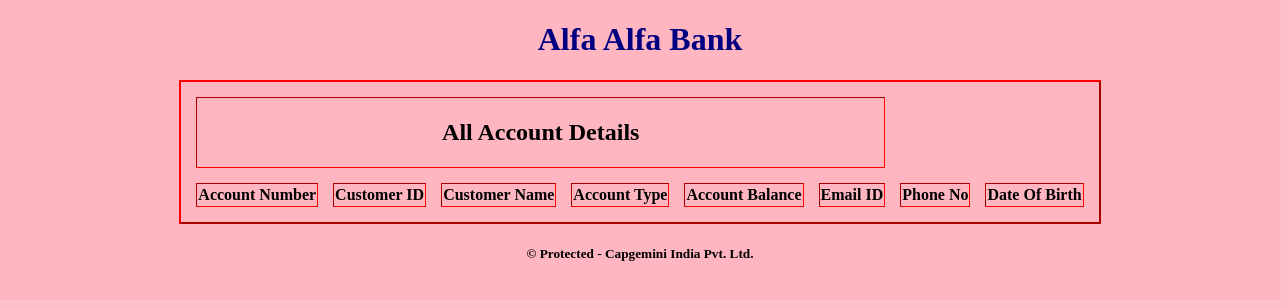
Repository: Rccalfa123/OnlineBankingApp
Page: http://localhost/AlfaAlfaBankApp/viewAllCustomers.jsp
These files come from the project's save history. The page is drawn as it stood at one moment and after the next save; the edit follows.
The browser window is 1280 px wide. The pictures show the whole page.
The page is served by Tomcat 9. The template is opened directly, without the code that normally fills it, so the values that code supplies are empty.

Above is the page before, as saved 2018-08-13 06:47:29.

After the next save:
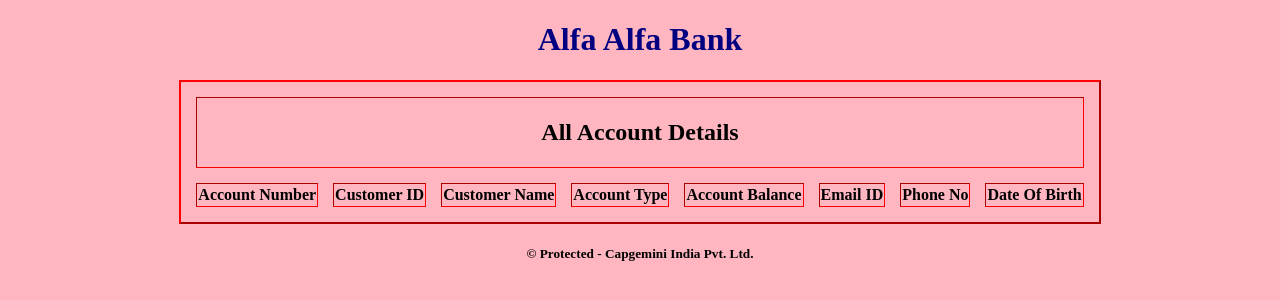
Saved 98 s later.
--- a/AlfaAlfaBankApp/WebContent/viewAllCustomers.jsp
+++ b/AlfaAlfaBankApp/WebContent/viewAllCustomers.jsp
@@ -18,7 +18,7 @@
 			<div>
 				<table cellspacing="15" align="center" border="2">
 					<tr>
-						<th colspan="6" height="35"><h2>All Account Details</h2></th>
+						<th colspan="9" height="35"><h2>All Account Details</h2></th>
 					</tr>
 					<tr>
 						<th height="20">Account Number</th>
